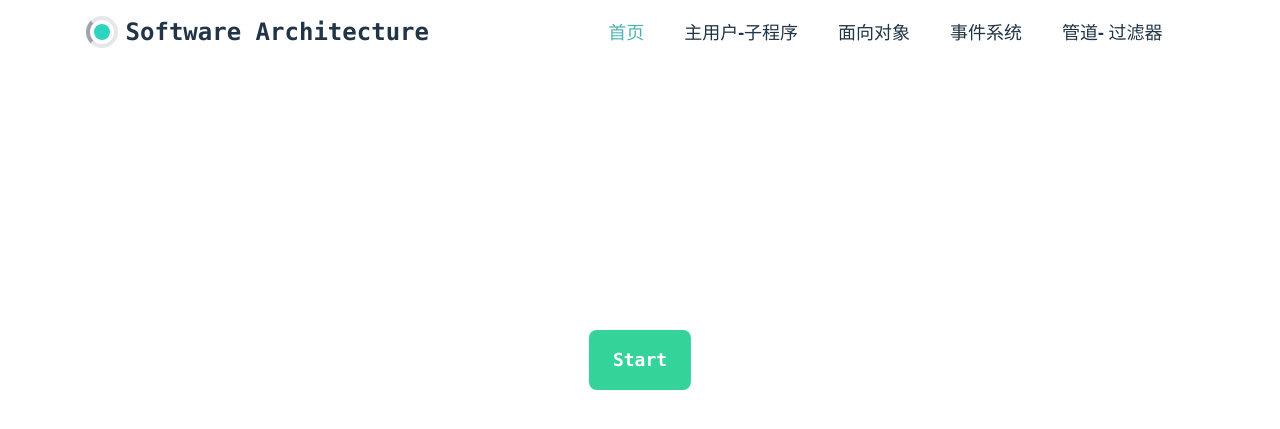
Repository: MarchRory/software_architecture_lab2
Page: / (app in lab2/)
The author's editor kept a copy of each file at every save. The page is drawn from the files as they stood at one save, then again after the next save.
The browser window is 1280 px wide. The pictures show the whole page.
The project was rebuilt for these pictures with package versions that can differ from the ones it lists, and the page was loaded fresh each time. Also part of the build but not shown: lab2/vite.config.ts. Imported but missing from the stored project, and not drawn on this page: lab2/src/views/OOP/index.vue, lab2/src/views/PipFilter/index.vue, lab2/src/views/eventsSys/index.vue, lab2/src/views/mainChild/index.vue.

Above is the page before, as saved 2023-11-16 14:47:46.

### lab2/index.html
<!doctype html>
<html lang="en">
  <head>
    <meta charset="UTF-8" />
    <link rel="icon" type="image/svg+xml" href="/vite.svg" />
    <meta name="viewport" content="width=device-width, initial-scale=1.0" />
    <title>经典软件体系结构</title>
  </head>
  <body>
    <div id="app"></div>
    <script type="module" src="/src/main.ts"></script>
  </body>
</html>

### lab2/src/main.ts
import { createApp } from 'vue'
import './style.css'
import './style/index.css'
import router from '@/router/index'
import App from './App.vue'
import "tailwindcss/tailwind.css"

createApp(App).use(router).mount('#app')

### lab2/src/style.css
:root {
  font-family: Inter, system-ui, Avenir, Helvetica, Arial, sans-serif;
  line-height: 1.5;
  font-weight: 400;

  color-scheme: light dark;
  color: rgba(255, 255, 255, 0.87);
  background-color: #242424;

  font-synthesis: none;
  text-rendering: optimizeLegibility;
  -webkit-font-smoothing: antialiased;
  -moz-osx-font-smoothing: grayscale;
  -webkit-text-size-adjust: 100%;
}

a {
  font-weight: 500;
  color: #646cff;
  text-decoration: inherit;
}
a:hover {
  color: #535bf2;
}

body {
  margin: 0;
  display: flex;
  place-items: center;
  min-width: 320px;
  min-height: 100vh;
}

@media (prefers-color-scheme: light) {
  :root {
    color: #213547;
    background-color: #ffffff;
  }
  a:hover {
    color: #747bff;
  }
  button {
    background-color: #f9f9f9;
  }
}

### lab2/src/router/index.ts
import { createRouter, createWebHashHistory, RouteRecordRaw } from "vue-router";
export const routes: Array<RouteRecordRaw> = [
    {
        path: '/',
        name: 'hello',
        meta: {
            tabName: '主页'
        },
        component: () => import('@/layout/index.vue'),
        redirect: '/home',
        children: [
            {
                path: '/home',
                name: 'home',
                component: () => import('@/views/hello/index.vue'),
                meta: {
                    title: '首页'
                }
            }, {
                path: '/mainChild',
                name: 'mainChild',
                component: () => import('@/views/mainChild/index.vue'),
                meta: {
                    title: '主用户-子程序'
                }
            }, {
                path: '/OOP',
                name: "OOP",
                component: () => import('@/views/OOP/index.vue'),
                meta: {
                    title: '面向对象'
                }
            }, {
                path: '/eventSys',
                name: "eventSys",
                component: () => import("@/views/eventsSys/index.vue"),
                meta: {
                    title: '事件系统'
                }
            }, {
                path: '/pipFilter',
                name: "pipFilter",
                component: () => import('@/views/PipFilter/index.vue'),
                meta: {
                    title: "管道- 过滤器"
                }
            }
        ]
    },
]

const router = createRouter({
    history: createWebHashHistory(),
    routes
})

export default router

### lab2/src/App.vue
<script setup lang="ts">
import { defineAsyncComponent } from 'vue';
import { useRouter } from 'vue-router'
const router = useRouter()
</script>

<template>
  <div id="app">
    <router-view></router-view>
  </div>
</template>

<style scoped>
#app{
  width: 100vw;
  height: 100vh;
}
</style>

### lab2/src/layout/index.vue
<script setup lang="ts">
	import { defineAsyncComponent } from 'vue';
	const Navbar = defineAsyncComponent(() => import('./navbar.vue'));
	const APPMain = defineAsyncComponent(() => import('./Main.vue'));
</script>

<template>
	<div class="flex flex-col w-full h-full">
		<Navbar />
		<APPMain class="flex-1" />
	</div>
</template>

### lab2/src/views/hello/index.vue
<script setup lang="ts">
	import { useRouter } from 'vue-router';
	const router = useRouter();
	function enter() {
		router.push({
			path: '/home',
		});
	}
</script>

<template>
	<div
		style="position: absolute; left: 50%; top: 50%; transform: translate(-50%, -50%)"
		class="flex flex-col justify-around"
	>
		<div class=""></div>
		<div
			@click="enter"
			class="px-6 py-4 font-mono text-lg font-bold text-white rounded-lg hover:cursor-pointer bg-emerald-400"
		>
			Start
		</div>
	</div>
</template>

<style scoped></style>

### lab2/src/layout/navbar.vue
<script setup lang="ts">
	import { useRouter, useRoute, RouteRecordRaw } from 'vue-router';
	import { routes } from '@/router';
	import { ref } from 'vue';
	const router = useRouter();
	const route = useRoute();
	const Navlist = ref();
	function initNav() {
		Navlist.value = routes[0].children?.map((route: RouteRecordRaw) => {
			return {
				path: route.path,
				title: route?.meta.title,
			};
		});
	}
	initNav();
	function switchTab(path: string) {
		router.push({
			path: path,
		});
	}
</script>

<template>
	<div class="flex items-center justify-around w-full h-16">
		<ul class="flex items-center justify-start list-none">
			<li
				class="flex items-center justify-center w-8 h-8 border-4 rounded-full border-l-gray-400"
			>
				<div class="w-4 h-4 bg-teal-400 rounded-full"></div>
			</li>
			<li class="font-mono text-2xl navFont">Software Architecture</li>
		</ul>
		<ul class="flex min-w-fit">
			<li
				@click="switchTab(navItem.path)"
				class="mr-8 font-sans text-lg transition-all navFont hover:cursor-pointer"
				:class="[route.path == navItem.path ? 'active' : '']"
				v-for="(navItem, index) in Navlist"
				:key="index"
			>
				{{ navItem.title }}
			</li>
		</ul>
	</div>
</template>

<style scoped>
	.navFont {
		@apply ml-2 font-bold;
	}
	.active {
		color: rgb(80, 178, 178);
	}
	/* 	.active::before {
		display: block;
		content: '';
		position: absolute;
		width: 12px;
		height: 12px;
		border-radius: 50%;
		background-color: rgb(80, 178, 178);
		transform: translate(100%, 50%);
	} */
</style>

### lab2/src/layout/Main.vue
<script setup lang="ts"></script>

<template>
	<div class="w-full h-auto px-56 pt-4 overflow-auto">
		<router-view></router-view>
	</div>
</template>

Loaded but not shown: lab2/src/style/index.css (common file); lab2/tailwind.config.js (common file)

After the next save:
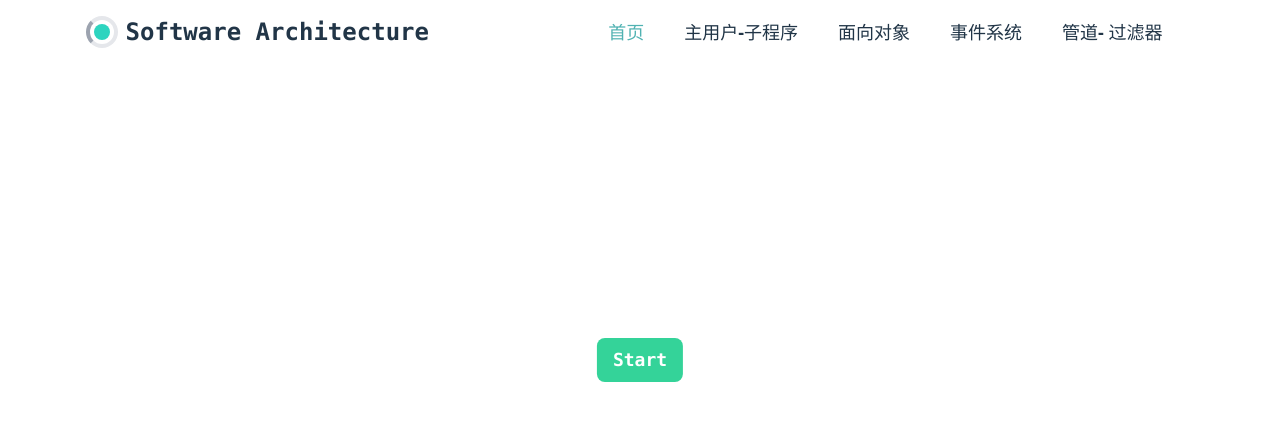
Saved 16 s later.
--- a/lab2/src/views/hello/index.vue
+++ b/lab2/src/views/hello/index.vue
@@ -16,7 +16,7 @@
 		<div class=""></div>
 		<div
 			@click="enter"
-			class="px-6 py-4 font-mono text-lg font-bold text-white rounded-lg hover:cursor-pointer bg-emerald-400"
+			class="px-4 py-2 font-mono text-lg font-bold text-white rounded-lg hover:cursor-pointer bg-emerald-400"
 		>
 			Start
 		</div>
